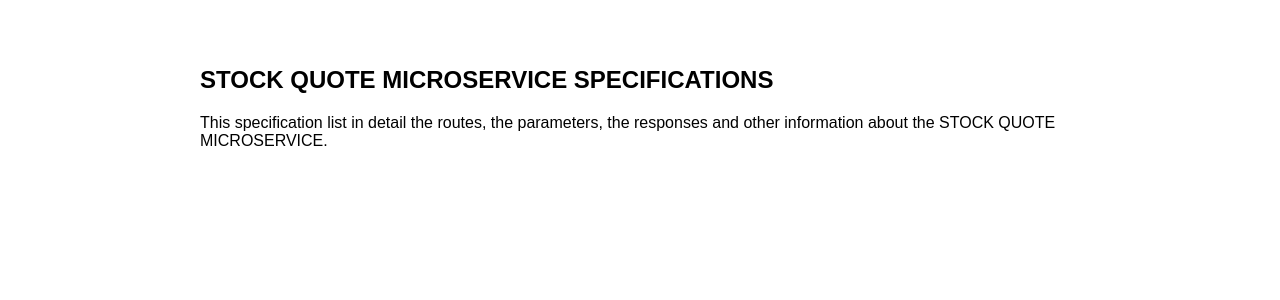
Repository: miguelamello/nest-js
Page: stock-service/specs.html
These files come from the project's save history. The page is drawn as it stood at one moment and after the next save; the edit follows.
The browser window is 1280 px wide. The pictures show the whole page.

Above is the page before, as saved 2023-04-03 11:38:59.

After the next save:
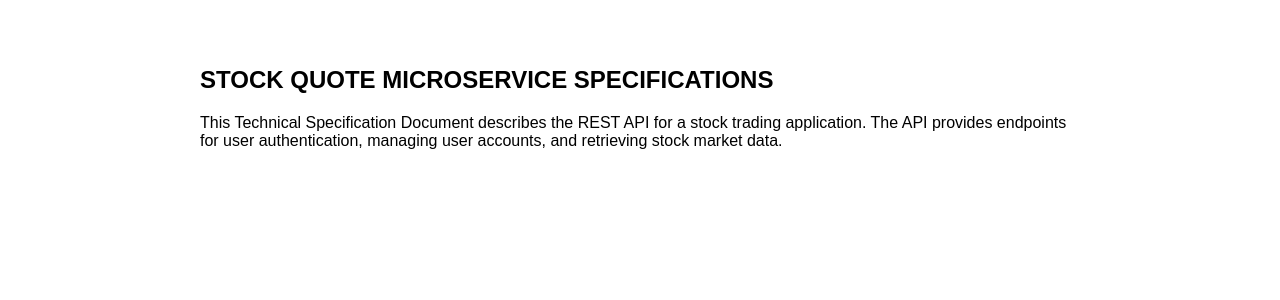
Saved 10 min 1 s later.
--- a/stock-service/specs.html
+++ b/stock-service/specs.html
@@ -22,8 +22,7 @@
 <body>
   <h2>STOCK QUOTE MICROSERVICE SPECIFICATIONS</h2>
   <p>
-    This specification list in detail the routes, the parameters, the responses and other
-    information about the STOCK QUOTE MICROSERVICE.
+    This Technical Specification Document describes the REST API for a stock trading application. The API provides endpoints for user authentication, managing user accounts, and retrieving stock market data.
   </p>
 
 </body>
